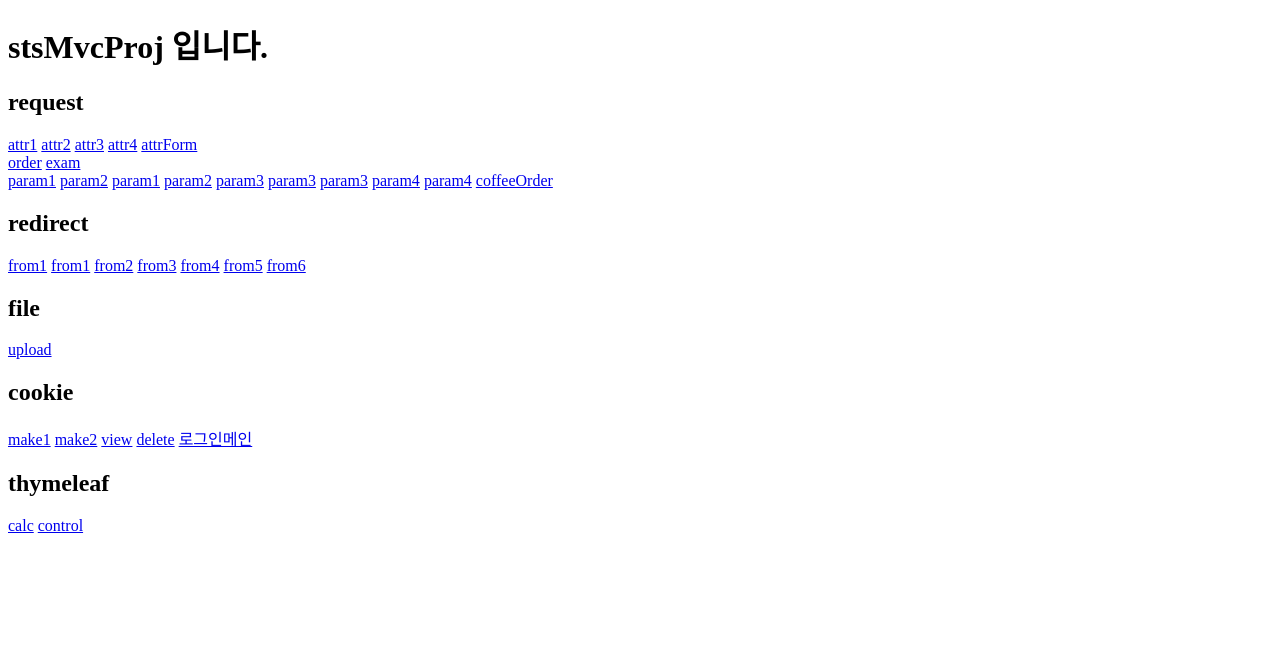
Repository: Yousehyeon/spring_work
Page: stsMvcProj/src/main/webapp/views/home.html
The author's editor kept a copy of each file at every save. The page is drawn from the files as they stood at one save, then again after the next save.
The browser window is 1280 px wide. The pictures show the whole page.

Above is the page before, as saved 2023-08-22 09:08:41.

After the next save:
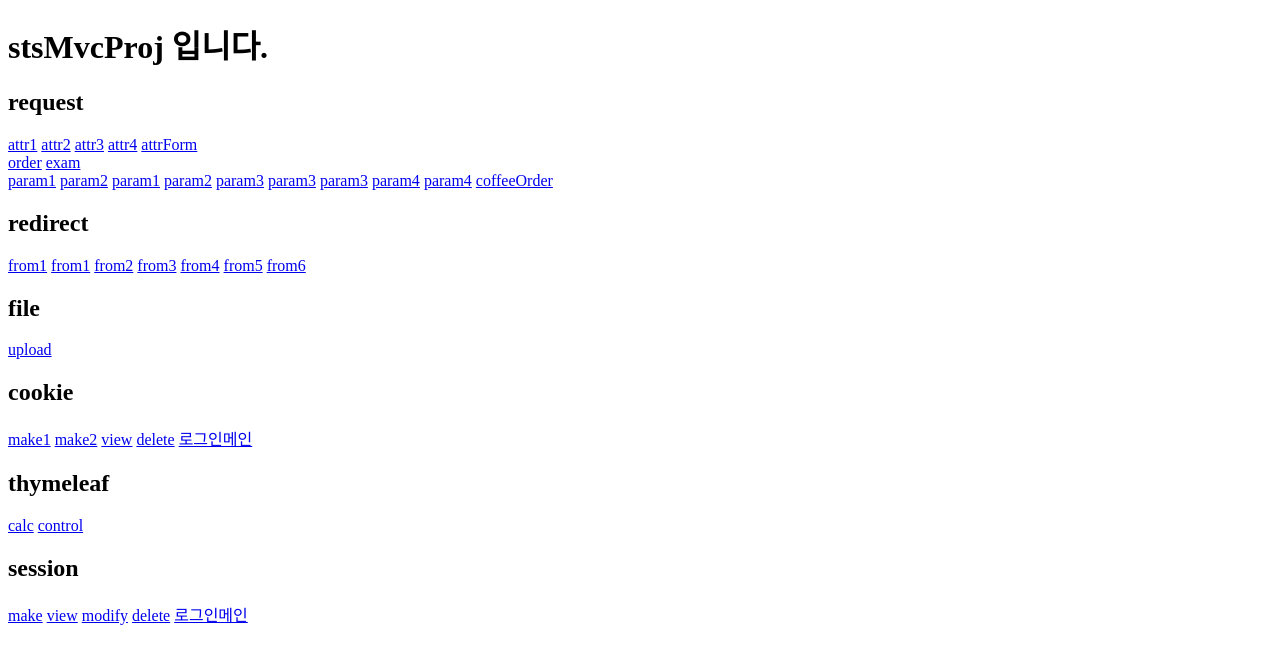
Saved 18 h 39 min later.
--- a/stsMvcProj/src/main/webapp/views/home.html
+++ b/stsMvcProj/src/main/webapp/views/home.html
@@ -45,5 +45,11 @@
 <h2>thymeleaf</h2>
 <a href="thymeleaf/calc">calc</a>
 <a href="thymeleaf/control">control</a>
+<h2>session</h2>
+<a href="session/make.jsp">make</a>
+<a href="session/view.jsp">view</a>
+<a href="session/modify.jsp">modify</a>
+<a href="session/delete.jsp">delete</a>
+<a href="session/logMain.jsp">로그인메인</a>
 </body>
 </html>
